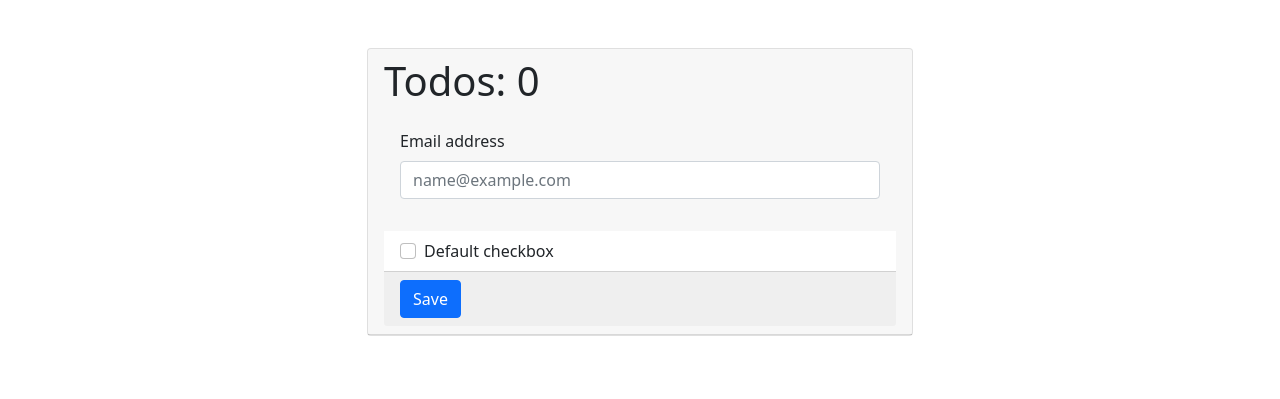
Repository: saidabbasun/TODO-react-redux
Page: /
These files come from the project's save history. The page is drawn as it stood at one moment and after a run of saves; the edit follows.
The browser window is 1280 px wide. The pictures show the whole page.
The project was rebuilt for these pictures with package versions that can differ from the ones it lists, and the page was loaded fresh each time.

Above is the page before, as saved 2022-05-17 12:05:09.

After the next 4 saves:
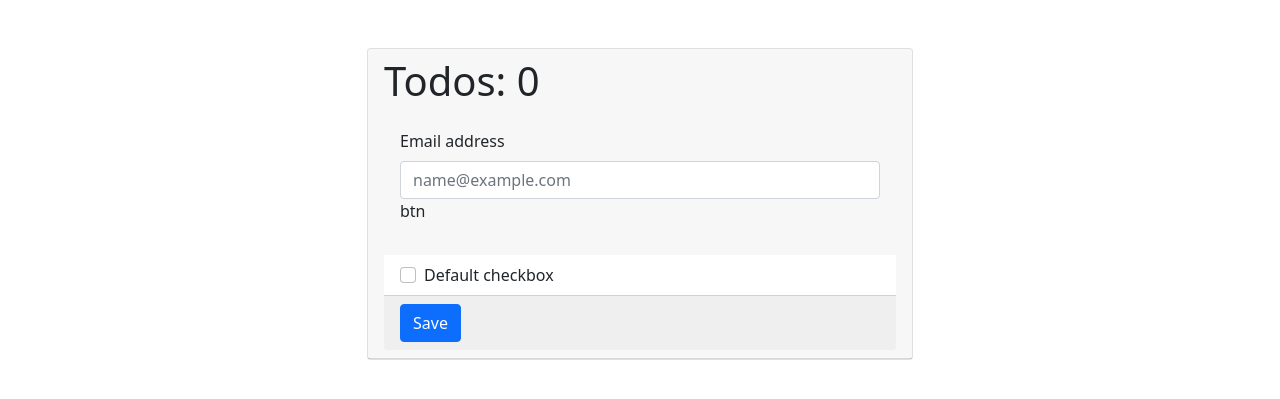
The 4 saves are shown as one change because they came seconds apart.
The last was saved 11 s later.
--- a/src/App.jsx
+++ b/src/App.jsx
@@ -12,7 +12,7 @@ function App() {
   <label for="exampleFormControlInput1" class="form-label">Email address</label>
   <input type="email" class="form-control" id="exampleFormControlInput1" placeholder="name@example.com"/>
 
-
+  btn
 </form>
                 </div>
                   <ul class="list-group list-group-flush">
